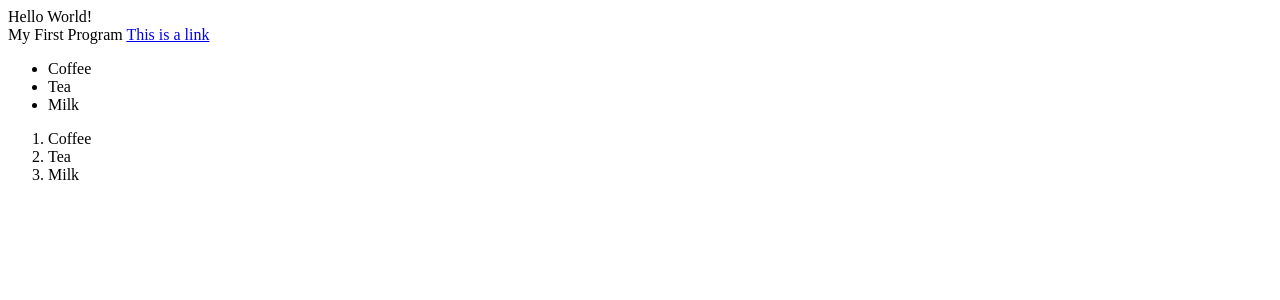
Repository: JayaramaNalka/Read-And-Sort-Name-in-Text-File
Page: http://localhost/HelloWorldJSP/helloWorld.jsp
These files come from the project's save history. The page is drawn as it stood at one moment and after the next save; the edit follows.
The browser window is 1280 px wide. The pictures show the whole page.
The page is served by Tomcat 9.

Above is the page before, as saved 2018-07-10 09:23:06.

After the next save:
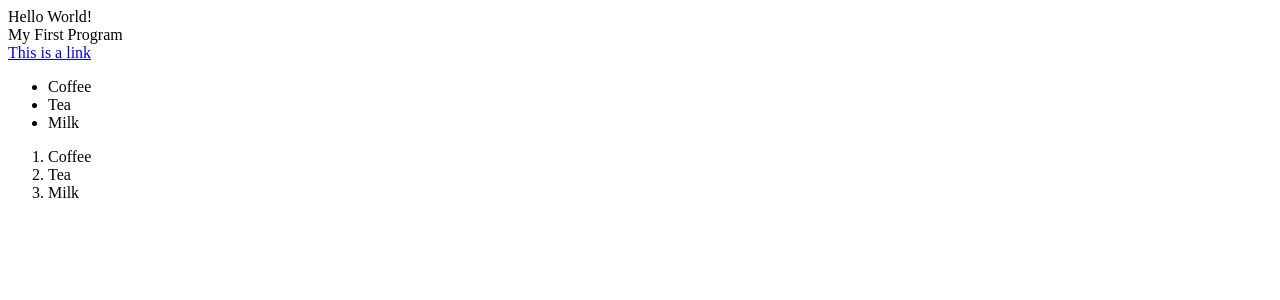
Saved 23 s later.
--- a/HelloWorldJSP/WebContent/helloWorld.jsp
+++ b/HelloWorldJSP/WebContent/helloWorld.jsp
@@ -8,7 +8,7 @@
 </head>
 <body>
 <%= "Hello World!" %><br />
-<%= "My First Program" %>
+<%= "My First Program" %><br />
 <a href="https://www.w3schools.com">This is a link</a>
 
 
